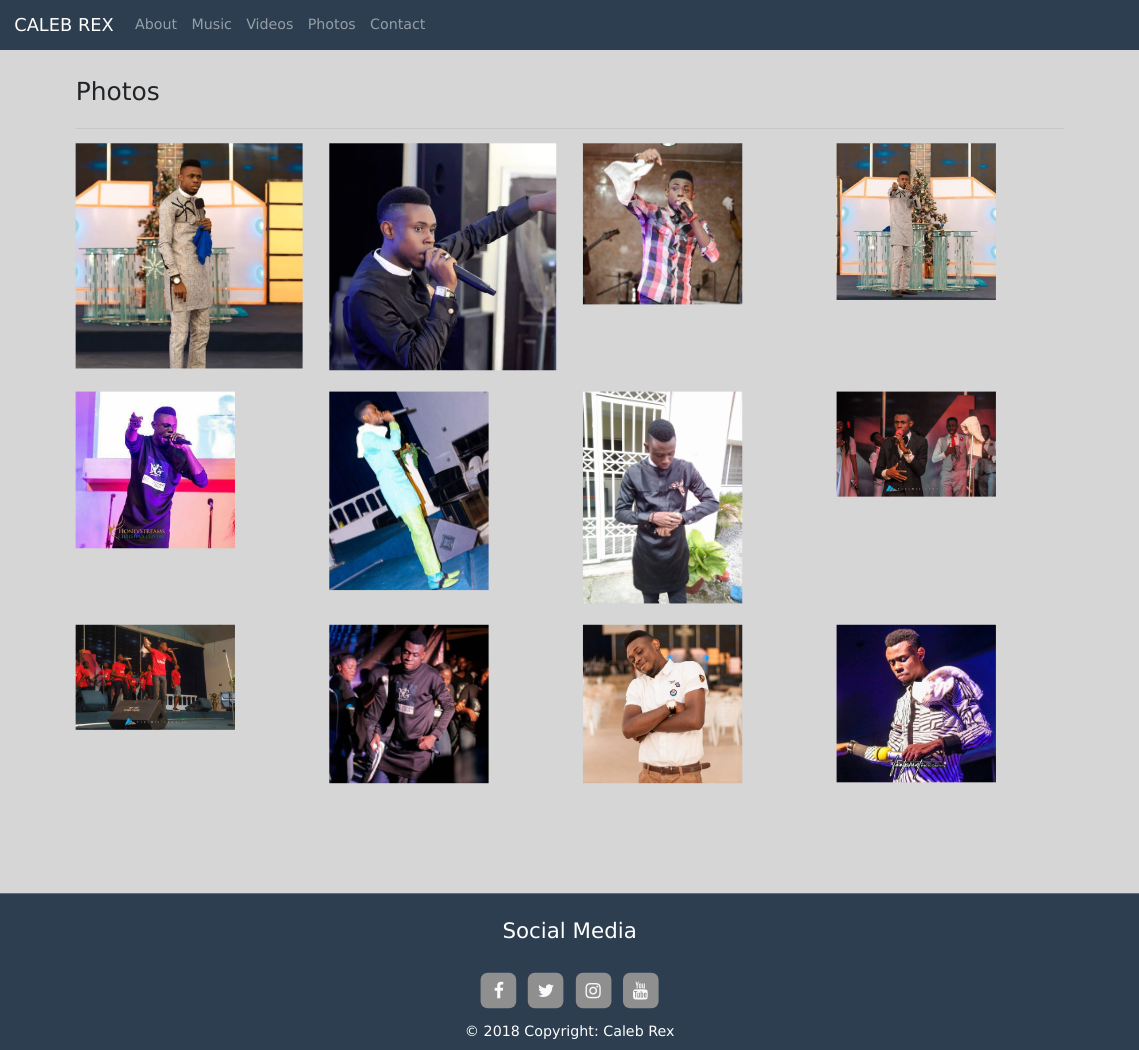
Repository: IchaTreasure/caleb-rex
Page: photos.html
The author's editor kept a record of every edit. The page is drawn from the files as they stood at one moment, then again after the next edit.
The browser window is 1280 px wide. The pictures show the whole page, at 89% of full size.
Some web libraries are served in a nearby version.

Above is the page before.

After the next edit:
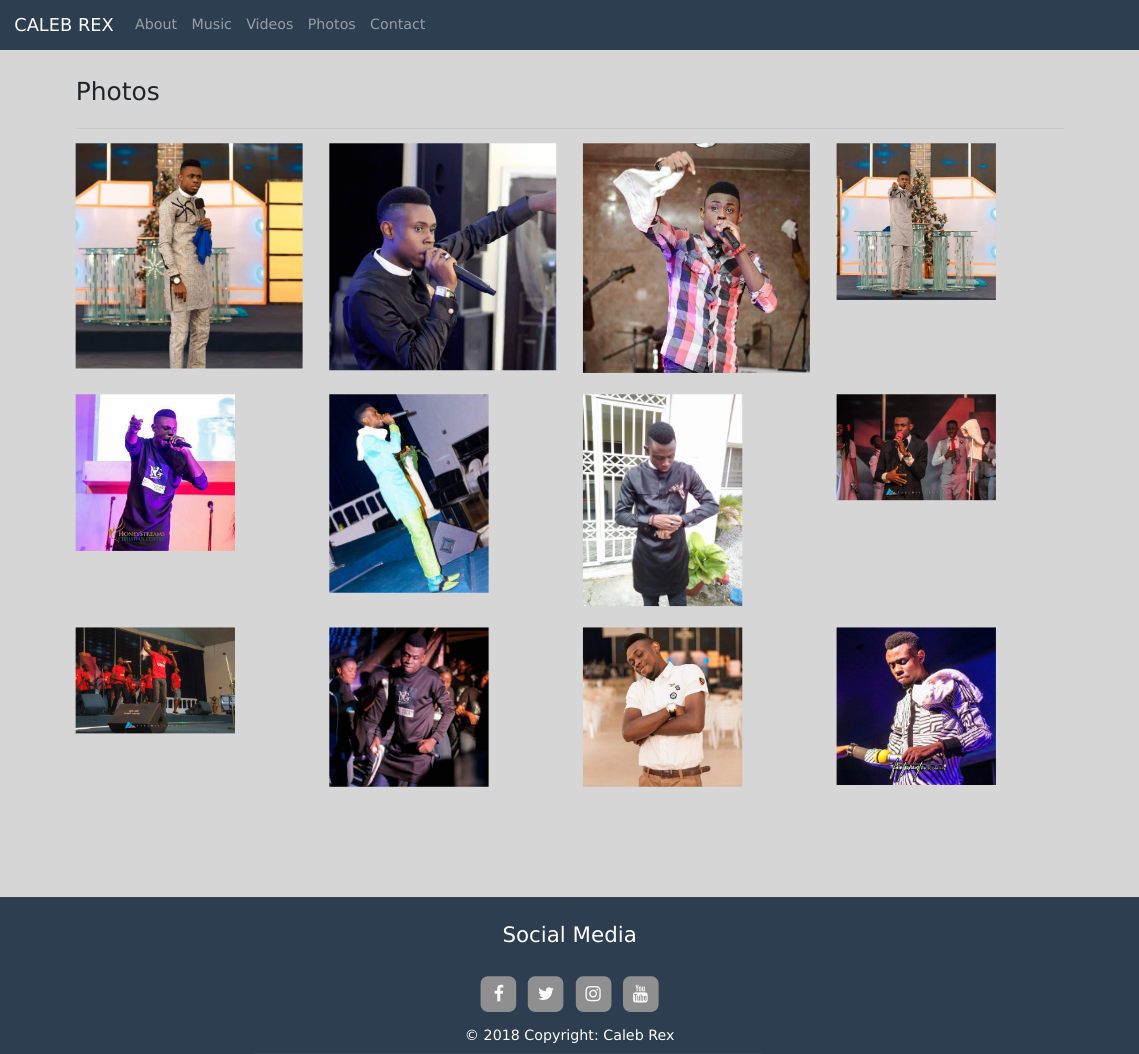
The edit:
--- a/photos.html
+++ b/photos.html
@@ -85,7 +85,7 @@
                 <!-- Modal: Image 3 -->
                 <div class="col-sm-3">
                     <a class="d-block mb-4 h-100">
-            <img class="img-fluid img-hover" src="images/Caleb3.jpg" data-toggle="modal" data-target="#Image3" alt="Caleb 3" style="width: 70%">
+            <img class="img-fluid img-hover" src="images/Caleb3.jpg" data-toggle="modal" data-target="#Image3" alt="Caleb 3" style="width: 100%">
           </a>
                     <!-- Modal Content -->
                     <div class="modal fade" id="Image3" tabindex="-1" role="dialog" aria-hidden="true">
